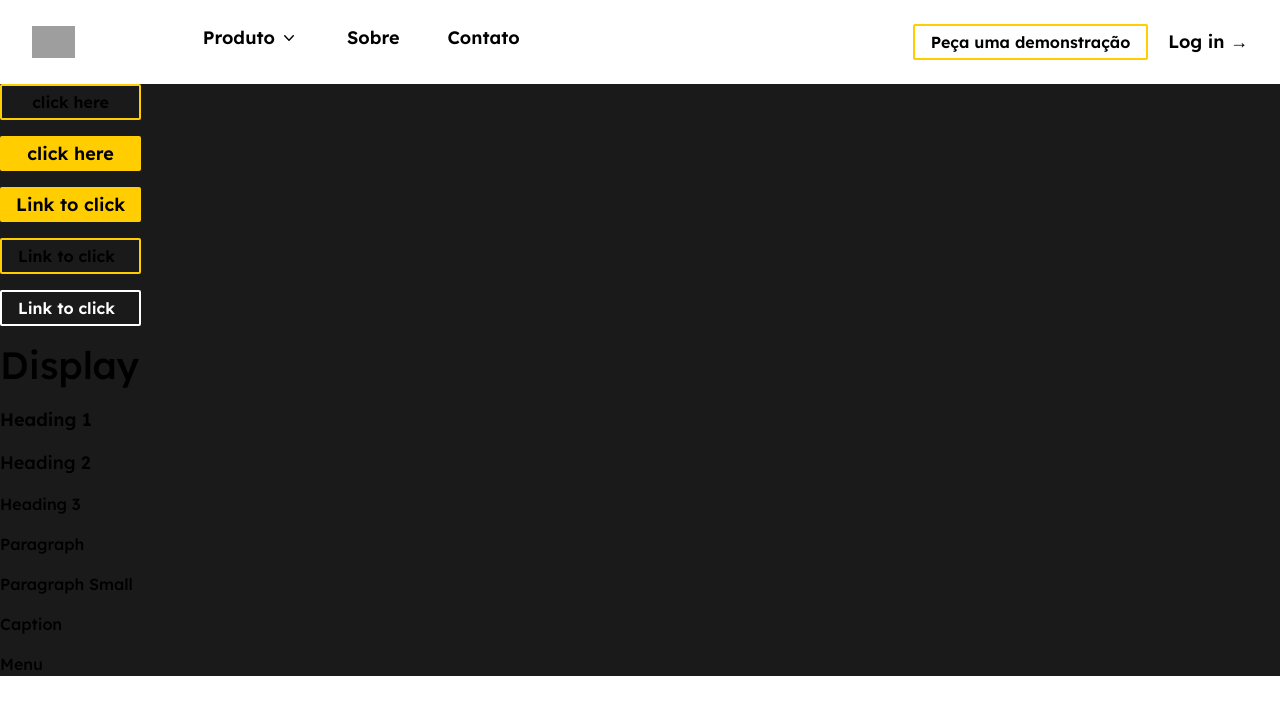
Repository: VereAbsolutum/site-institucional
Page: /
The author's editor kept a copy of each file at every save. The page is drawn from the files as they stood at one save, then again after the next save.
The browser window is 1280 px wide. The pictures show the whole page.
Pictures or frames that could not be fetched are drawn as grey boxes. The project was rebuilt for these pictures with package versions that can differ from the ones it lists, and the page was loaded fresh each time. Also part of the build but not shown: vite.config.ts, src/presentation/pages/not-found/notFound.tsx.

Above is the page before, as saved 2023-04-13 12:27:01.

### src/App.tsx
import React from 'react'
import { BrowserRouter, Routes, Route } from "react-router-dom"
import { Home, NotFound } from './presentation/pages'

const App: React.FC = () => {
  return (
    <BrowserRouter >
      <Routes>
        <Route path='/' element={<Home />} />
        <Route path='*' element={<NotFound />} />
      </Routes>
    </BrowserRouter>
  )
}

export default App

### src/index.css
@import url("https://fonts.googleapis.com/css?family=lexend+Deca:300,500,600|Playfair+Display:500");

:root {
    --font-family-lexend_deca: "Lexend Deca";
    --font-family-playfair_display: "Playfair Display";
    font-family: 'Lexend Deca', sans-serif;
}

@tailwind base;
@tailwind components;
@tailwind utilities;

### src/presentation/pages/index.ts
export { default as Home } from './home/home'
export { default as NotFound } from './not-found/notFound'

### src/presentation/pages/home/home.tsx
import React from 'react';
import { ButtonBorderPrimary, ButtonPrimary, Header, LinkBorderPrimary, LinkBorderWhite, LinkPrimary, TextCaption, TextDisplay, TextHeading1, TextHeading2, TextHeading3, TextMenu, TextParagraph, TextParagraphSmall } from '../../components';

const home: React.FC = () => {
    return (
        <>
            <Header />
            <main>
                <section className='bg-black'>
                    <div className='inline-flex flex-col space-y-4'>
                        <ButtonBorderPrimary label='click here' />
                        <ButtonPrimary label='click here' />
                        <LinkPrimary>
                            Link to click
                        </LinkPrimary>
                        <LinkBorderPrimary>
                            Link to click
                        </LinkBorderPrimary>
                        <LinkBorderWhite>
                            Link to click
                        </LinkBorderWhite>
                        <TextDisplay>Display</TextDisplay>
                        <TextHeading1>Heading 1</TextHeading1>
                        <TextHeading2>Heading 2</TextHeading2>
                        <TextHeading3>Heading 3</TextHeading3>
                        <TextParagraph>Paragraph</TextParagraph>
                        <TextParagraphSmall>Paragraph Small</TextParagraphSmall>
                        <TextCaption>Caption</TextCaption>
                        <TextMenu>Menu</TextMenu>
                    </div>
                </section>
            </main>
        </>


    );
};

export default home;

### src/presentation/components/index.ts
export { default as Header } from './header/header'

export { default as ButtonBase } from './buttons/button-base'
export { default as ButtonBorderPrimary } from './buttons/button-border-primary'
export { default as ButtonPrimary } from './buttons/button-primary'

export { default as LinkBase } from './links/link-base'
export { default as LinkPrimary } from './links/link-primary'
export { default as LinkBorderPrimary } from './links/link-border-primary'
export { default as LinkBorderWhite } from './links/link-border-white'

export { default as TextBase } from './typography/text-base'
export { default as TextDisplay } from './typography/display'
export { default as TextHeading1 } from './typography/heading1'
export { default as TextHeading2 } from './typography/heading2'
export { default as TextHeading3 } from './typography/heading3'
export { default as TextParagraph } from './typography/paragraph'
export { default as TextParagraphSmall } from './typography/paragraph-small'
export { default as TextCaption } from './typography/caption'
export { default as TextMenu } from './typography/menu'

### src/presentation/components/header/header.tsx
import React, { useState } from 'react'
import {
    Bars3Icon,
    ChartPieIcon,
    CursorArrowRaysIcon,
    FingerPrintIcon,
} from '@heroicons/react/24/outline'
import { PhoneIcon, PlayCircleIcon } from '@heroicons/react/20/solid'
import { MainMenu, MobileMenu } from './components'
import { ButtonBorderPrimary } from '..'

const products = [
    { name: 'CdAdm Web', description: 'Get a better understanding of your traffic', href: '#', icon: ChartPieIcon },
    { name: 'CdAdm Grafico', description: 'Speak directly to your customers', href: '#', icon: CursorArrowRaysIcon },
    { name: 'CdFin', description: 'Your customers’ data will be safe and secure', href: '#', icon: FingerPrintIcon }
]
const callsToAction = [
    { name: 'Assista a Demo', href: '#', icon: PlayCircleIcon },
    { name: 'Contato', href: '#', icon: PhoneIcon },
]

function classNames(...classes: string[]) {
    return classes.filter(Boolean).join(' ');
}

const header: React.FC = () => {
    const [mobileMenuOpen, setMobileMenuOpen] = useState(false)

    return (
        <header className="bg-white">
            <nav className="mx-auto flex max-w-7xl items-center justify-between p-6 lg:px-8" aria-label="Global">

                <div className="flex lg:flex-1">
                    <a href="#" className="-m-1.5 p-1.5">
                        <span className="sr-only">SCordon</span>
                        <img className="h-8 w-auto" src="https://tailwindui.com/img/logos/mark.svg?color=indigo&shade=600" alt="" />
                    </a>

                    {/* main menu */}
                    <div className='ml-32'>
                        <MainMenu products={products} />
                    </div>
                </div>

                <div className="flex lg:hidden">
                    {/* Button */}
                    <button
                        type="button"
                        className="-m-2.5 inline-flex items-center justify-center rounded-md p-2.5 text-gray-700"
                        onClick={() => setMobileMenuOpen(true)}
                    >
                        <span className="sr-only">Open main menu</span>
                        <Bars3Icon className="h-6 w-6" aria-hidden="true" />
                    </button>
                </div>



                <div className="hidden lg:flex lg:flex-1 lg:justify-end align-items: center">
                    <div className='mr-5'>
                        <ButtonBorderPrimary label='Peça uma demonstração' />
                    </div>
                    <div className="flex items-center">
                        <a href="#" className="text-lg font-medium leading-6 font-semibold">
                            Log in <span aria-hidden="true">&rarr;</span>
                        </a>
                    </div>
                    {/* Button */}
                </div>
            </nav>

            <MobileMenu
                mobileMenuOpen={mobileMenuOpen}
                setMobileMenuOpen={setMobileMenuOpen}
                products={products}
                callsToAction={callsToAction}
            />
        </header>
    )
}

export default header

### src/presentation/components/buttons/button-base.tsx
import React from 'react'

export type ButtonProps = React.ButtonHTMLAttributes<HTMLButtonElement> & {
    label: string;
    className?: string;
};

const buttonBase: React.FC<ButtonProps> = ({ label, className, ...rest }) => {
    const baseClasses =
        'font-semibold rounded-sm hover:bg-blue-700 focus:outline-none focus:ring-2 focus:ring-blue-400 focus:ring-opacity-75';

    return (
        <button className={`${baseClasses} ${className}`} {...rest}>
            {label}
        </button>
    );
};

export default buttonBase;

### src/presentation/components/buttons/button-border-primary.tsx
// BorderedButton.tsx
import React from 'react';
import { ButtonBase } from '..';
import { ButtonProps } from './button-base';

const buttonBorderPrimary: React.FC<ButtonProps> = ({ className, ...rest }) => {
    const baseClasses = 'px-4 py-1 border-2 border-yellow bg-transparent border border-blue-500 text-blue-500 hover:bg-blue-500';

    return <ButtonBase className={`${baseClasses} ${className}`} {...rest} />;
};

export default buttonBorderPrimary;

### src/presentation/components/buttons/button-primary.tsx
// FilledButton.tsx
import React from 'react';
import { ButtonBase } from '..';
import { ButtonProps } from './button-base';

const buttonPrimary: React.FC<ButtonProps> = ({ className, ...rest }) => {
    const baseClasses = 'px-4 py-1 bg-blue-500 bg-yellow hover:bg-blue-700 text-lg font-medium';

    return <ButtonBase className={`${baseClasses} ${className}`} {...rest} />;
};

export default buttonPrimary;

### src/presentation/components/links/link-base.tsx
import React from 'react';

export type LinkBaseProps = React.AnchorHTMLAttributes<HTMLAnchorElement> & {
    className?: string;
};

const linkBase: React.FC<LinkBaseProps> = ({ children, className, ...rest }) => {
    const baseClasses =
        'font-semibold cursor-pointer rounded-sm hover:bg-blue-700 focus:outline-none focus:ring-2 focus:ring-blue-400 focus:ring-opacity-75';

    return (
        <a className={`${baseClasses} ${className}`} {...rest}>
            {children}
        </a>
    );
};

export default linkBase;

### src/presentation/components/links/link-primary.tsx
// FilledButton.tsx
import React from 'react';
import { LinkBase } from '..';
import { LinkBaseProps } from './link-base';

const linkPrimary: React.FC<LinkBaseProps> = ({ className, ...rest }) => {
    const baseClasses = 'px-4 py-1 bg-blue-500 bg-yellow hover:bg-blue-700 text-lg font-medium';

    return <LinkBase className={`${baseClasses} ${className}`} {...rest} />;
};

export default linkPrimary;

### src/presentation/components/links/link-border-primary.tsx
// FilledButton.tsx
import React from 'react';
import { LinkBase } from '..';
import { LinkBaseProps } from './link-base';

const linkBorderPrimary: React.FC<LinkBaseProps> = ({ className, ...rest }) => {
    const baseClasses = 'px-4 py-1 border-2 border-yellow bg-transparent border border-blue-500 text-blue-500 hover:bg-blue-500';

    return <LinkBase className={`${baseClasses} ${className}`} {...rest} />;
};

export default linkBorderPrimary;

### src/presentation/components/links/link-border-white.tsx
// FilledButton.tsx
import React from 'react';
import { LinkBase } from '..';
import { LinkBaseProps } from './link-base';

const linkBorderWhite: React.FC<LinkBaseProps> = ({ className, ...rest }) => {
    const baseClasses = 'px-4 py-1 text-white border-2 border-white bg-transparent border border-blue-500 text-blue-500 hover:bg-blue-500';

    return <LinkBase className={`${baseClasses} ${className}`} {...rest} />;
};

export default linkBorderWhite;

### src/presentation/components/typography/text-base.tsx
import React from 'react';

export type TextBaseProps = React.HTMLAttributes<HTMLSpanElement> & {
    className?: string;
};

const textBase: React.FC<TextBaseProps> = ({ children, className, ...rest }) => {
    const baseClasses = '';

    return (
        <span className={`${baseClasses} ${className}`} {...rest}>
            {children}
        </span>
    );
};

export default textBase;

### src/presentation/components/typography/display.tsx
import React from 'react';
import { TextBase } from '..';
import { TextBaseProps } from './text-base';

const textDisplay: React.FC<TextBaseProps> = ({ children, className, ...rest }) => {
    const baseClasses = 'text-2xl font-medium leading-tight';

    return (
        <TextBase className={baseClasses}>
            {children}
        </TextBase>
    );
};

export default textDisplay;

### src/presentation/components/typography/heading1.tsx
import React from 'react';
import { TextBase } from '..';
import { TextBaseProps } from './text-base';

const textHeading1: React.FC<TextBaseProps> = ({ children, className, ...rest }) => {
    const baseClasses = 'text-lg font-semibold';

    return (
        <TextBase className={baseClasses}>
            {children}
        </TextBase>
    );
};

export default textHeading1;

### src/presentation/components/typography/heading2.tsx
import React from 'react';
import { TextBase } from '..';
import { TextBaseProps } from './text-base';

const textHeading2: React.FC<TextBaseProps> = ({ children, className, ...rest }) => {
    const baseClasses = 'text-lg font-medium';

    return (
        <TextBase className={baseClasses}>
            {children}
        </TextBase>
    );
};

export default textHeading2;

### src/presentation/components/typography/heading3.tsx
import React from 'react';
import { TextBase } from '..';
import { TextBaseProps } from './text-base';

const textHeading3: React.FC<TextBaseProps> = ({ children, className, ...rest }) => {
    const baseClasses = 'text-md font-medium';

    return (
        <TextBase className={baseClasses}>
            {children}
        </TextBase>
    );
};

export default textHeading3;

### src/presentation/components/typography/paragraph.tsx
import React from 'react';
import { TextBase } from '..';
import { TextBaseProps } from './text-base';

const textParagraph: React.FC<TextBaseProps> = ({ children, className, ...rest }) => {
    const baseClasses = 'text-md font-medium';

    return (
        <TextBase className={baseClasses}>
            {children}
        </TextBase>
    );
};

export default textParagraph;

### src/presentation/components/typography/paragraph-small.tsx
import React from 'react';
import { TextBase } from '..';
import { TextBaseProps } from './text-base';

const textParagraphSmall: React.FC<TextBaseProps> = ({ children, className, ...rest }) => {
    const baseClasses = 'text-md font-medium';

    return (
        <TextBase className={baseClasses} {...rest}>
            {children}
        </TextBase>
    );
};

export default textParagraphSmall;

### src/presentation/components/typography/caption.tsx
import React from 'react';
import { TextBase } from '..';
import { TextBaseProps } from './text-base';

const textCapiton: React.FC<TextBaseProps> = ({ children, className, ...rest }) => {
    const baseClasses = 'text-md font-medium';

    return (
        <TextBase className={baseClasses} {...rest}>
            {children}
        </TextBase>
    );
};

export default textCapiton;

### src/presentation/components/typography/menu.tsx
import React from 'react';
import { TextBase } from '..';
import { TextBaseProps } from './text-base';

const textMenu: React.FC<TextBaseProps> = ({ children, className, ...rest }) => {
    const baseClasses = 'text-md font-medium';

    return (
        <TextBase className={baseClasses} {...rest}>
            {children}
        </TextBase>
    );
};

export default textMenu;

### src/presentation/components/header/components/index.ts
export { default as MobileMenu } from './mobile-menu'
export { default as MainMenu } from './main-menu'

### src/presentation/components/header/components/mobile-menu.tsx
import React from 'react'
import { Dialog, Disclosure } from '@headlessui/react'
import { ChevronDownIcon, XMarkIcon } from '@heroicons/react/24/outline'
import { ButtonFilled } from '../..';

function classNames(...classes: string[]) {
    return classes.filter(Boolean).join(' ');
}

export type MobileMenuProps = {
    mobileMenuOpen: boolean
    setMobileMenuOpen: (open: boolean) => void
    products: Array<{
        name: string
        description: string
        href: string
        icon: any
    }>
    callsToAction: Array<{
        name: string
        href: string
        icon: any
    }>
}

const mobileMenu: React.FC<MobileMenuProps> = ({ mobileMenuOpen, setMobileMenuOpen, products, callsToAction }) => {
    return (
        <Dialog as="div" className="lg:hidden" open={mobileMenuOpen} onClose={setMobileMenuOpen}>
            <div className="fixed inset-0 z-10" />

            {/* Mobile Menu */}
            <Dialog.Panel className="fixed inset-y-0 right-0 z-10 w-full overflow-y-auto bg-white px-6 py-6 sm:max-w-sm sm:ring-1 sm:ring-gray-900/10">
                <div className="flex items-center justify-between">
                    <a href="#" className="-m-1.5 p-1.5">
                        <span className="sr-only">Your Company</span>
                        <img
                            className="h-8 w-auto"
                            src="https://tailwindui.com/img/logos/mark.svg?color=indigo&shade=600"
                            alt=""
                        />
                    </a>


                    <button
                        type="button"
                        className="-m-2.5 rounded-md p-2.5 text-gray-700"
                        onClick={() => setMobileMenuOpen(false)}
                    >
                        <span className="sr-only">Close menu</span>
                        <XMarkIcon className="h-6 w-6" aria-hidden="true" />
                    </button>

                </div>

                <div className="mt-6 flow-root">
                    <div className="-my-6 divide-y divide-gray-500/10">
                        <div className="space-y-2 py-6">
                            <Disclosure as="div" className="-mx-3">
                                {({ open }) => (
                                    <>
                                        <Disclosure.Button className="flex w-full font-medium text-lg  items-center justify-between rounded-lg py-2 pl-3 pr-3.5 leading-7 hover:bg-gray-50">
                                            Product
                                            <ChevronDownIcon
                                                className={classNames(open ? 'rotate-180' : '', 'h-5 w-5 flex-none')}
                                                aria-hidden="true"
                                            />
                                        </Disclosure.Button>
                                        <Disclosure.Panel className="mt-2 space-y-2">
                                            {[...products, ...callsToAction].map((item) => (
                                                <Disclosure.Button
                                                    key={item.name}
                                                    as="a"
                                                    href={item.href}
                                                    className="block rounded-lg py-2 pl-6 pr-3 text-sm font-semibold leading-7 text-gray-900 hover:bg-gray-50"
                                                >
                                                    {item.name}
                                                </Disclosure.Button>
                                            ))}
                                        </Disclosure.Panel>
                                    </>
                                )}
                            </Disclosure>
                            <a
                                href="#"
                                className="-mx-3 block rounded-lg px-3 py-2 font-medium text-lg leading-7 text-gray-900 hover:bg-gray-50"
                            >
                                Features
                            </a>
                            <a
                                href="#"
                                className="-mx-3 block rounded-lg px-3 py-2 font-medium text-lg leading-7 hover:bg-gray-50"
                            >
                                Marketplace
                            </a>
                            <a
                                href="#"
                                className="-mx-3 block rounded-lg px-3 py-2 font-medium text-lg leading-7 hover:bg-gray-50"
                            >
                                Company
                            </a>
                        </div>

                        <div className="py-6">
                            <a
                                href="#"
                                className="-mx-3 block rounded-lg px-3 py-2.5 font-medium text-lg leading-7 hover:bg-gray-50"
                            >
                                Log in
                            </a>
                        </div>
                    </div>
                </div>
            </Dialog.Panel>
        </Dialog>
    )
}

export default mobileMenu

### src/presentation/components/header/components/main-menu.tsx
import React, { Fragment } from 'react'
import { Popover, Transition } from '@headlessui/react'
import { ChevronDownIcon } from '@heroicons/react/20/solid'
import { PlayCircleIcon, PhoneIcon } from '@heroicons/react/20/solid'
import { Product } from './header-types'

const callsToAction = [
    { name: 'Watch demo', href: '#', icon: PlayCircleIcon },
    { name: 'Contact sales', href: '#', icon: PhoneIcon },
]

export type MainMenuProps = { products: Product[] }

const MainMenu: React.FC<MainMenuProps> = ({ products }) => {
    return (
        <Popover.Group className="hidden lg:flex lg:gap-x-12">
            <Popover className="relative">
                <Popover.Button className="flex items-center gap-x-1 text-lg  font-semibold  leading-6">
                    Produto
                    <ChevronDownIcon className="h-5 w-5 flex-none text-gray-400" aria-hidden="true" />
                </Popover.Button>

                <Transition
                    as={Fragment}
                    enter="transition ease-out duration-200"
                    enterFrom="opacity-0 translate-y-1"
                    enterTo="opacity-100 translate-y-0"
                    leave="transition ease-in duration-150"
                    leaveFrom="opacity-100 translate-y-0"
                    leaveTo="opacity-0 translate-y-1"
                >
                    <Popover.Panel className="absolute -left-8 top-full z-10 mt-3 w-screen max-w-md overflow-hidden rounded-3xl bg-white shadow-lg ring-1 ring-gray-900/5">
                        <div className="p-4">
                            {products.map((item) => (
                                <div
                                    key={item.name}
                                    className="group relative flex items-center gap-x-6 rounded-lg p-4 text-sm leading-6 hover:bg-gray-50"
                                >
                                    <div className="flex h-11 w-11 flex-none items-center justify-center rounded-lg bg-gray-50 group-hover:bg-white">
                                        <item.icon className="h-6 w-6 text-gray-600 group-hover:text-indigo-600" aria-hidden="true" />
                                    </div>
                                    <div className="flex-auto">
                                        <a href={item.href} className="block font-semibold text-gray-900">
                                            {item.name}
                                            <span className="absolute inset-0" />
                                        </a>
                                        <p className="mt-1 text-gray-600">{item.description}</p>
                                    </div>
                                </div>
                            ))}
                        </div>
                        <div className="grid grid-cols-2 divide-x divide-gray-900/5 bg-gray">  </div>
                        <div className="grid grid-cols-2 divide-x divide-gray-900/5 bg-gray-50">
                            {callsToAction.map((item) => (
                                <a
                                    key={item.name}
                                    href={item.href}
                                    className="flex items-center justify-center gap-x-2.5 p-3 text-sm font-semibold leading-6 text-gray-900 hover:bg-gray-100"
                                >
                                    <item.icon className="h-5 w-5 flex-none text-gray-400" aria-hidden="true" />
                                    {item.name}
                                </a>
                            ))}
                        </div>
                    </Popover.Panel>
                </Transition>
            </Popover>

            <a href="#" className="text-lg  font-semibold  leading-6 text-gray-900">
                Sobre
            </a>
            <a href="#" className="text-lg  font-semibold  leading-6 text-gray-900">
                Contato
            </a>
        </Popover.Group>
    )
}

export default MainMenu

### tailwind.config.js
/** @type {import('tailwindcss').Config} */
export default {
  content: [
    "./index.html",
    "./src/**/*.{js,ts,jsx,tsx}",
  ],
  theme: {
    fontFamily: {
      display: ['Playfair Display', 'serif'],
      sans: ['Lexend Deca', 'sans-serif']
    },
    colors: {
      yellow: '#FFCD00',
      black: '#1A1A1A',
      blue: '#2E475D',
      white: '#FFFFFF',
    },
    fontSize: {
      xs: '12px',
      sm: '14px',
      base: '16px',
      lg: '18px',
      xl: '22px',
      xxl: '32px',
      '2xl': '38px',
      '3xl': '59px'
    },
    extend: {},
  },
  plugins: [],
}

Loaded but not shown: index.html (common file); src/main.tsx (common file)

After the next save:
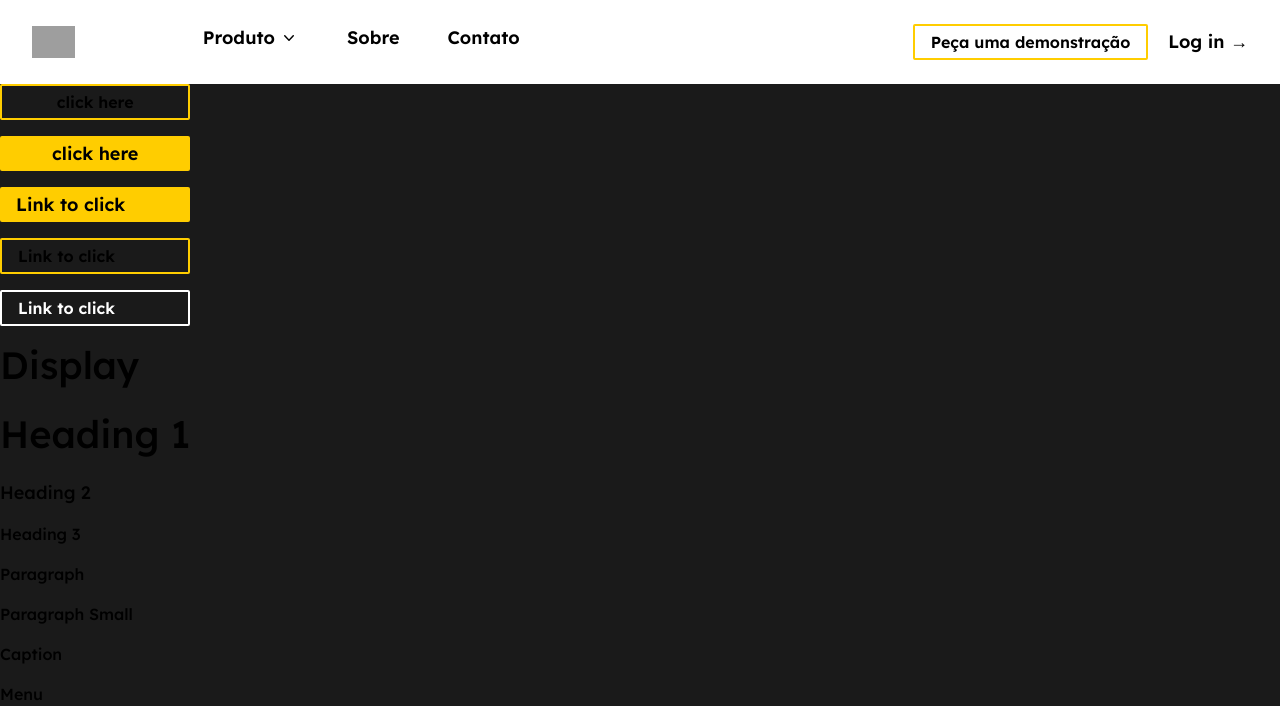
Saved 36 s later.
--- a/src/presentation/components/typography/heading1.tsx
+++ b/src/presentation/components/typography/heading1.tsx
@@ -3,7 +3,7 @@ import { TextBase } from '..';
 import { TextBaseProps } from './text-base';
 
 const textHeading1: React.FC<TextBaseProps> = ({ children, className, ...rest }) => {
-    const baseClasses = 'text-lg font-semibold';
+    const baseClasses = 'text-2xl ont-semibold';
 
     return (
         <TextBase className={baseClasses}>
